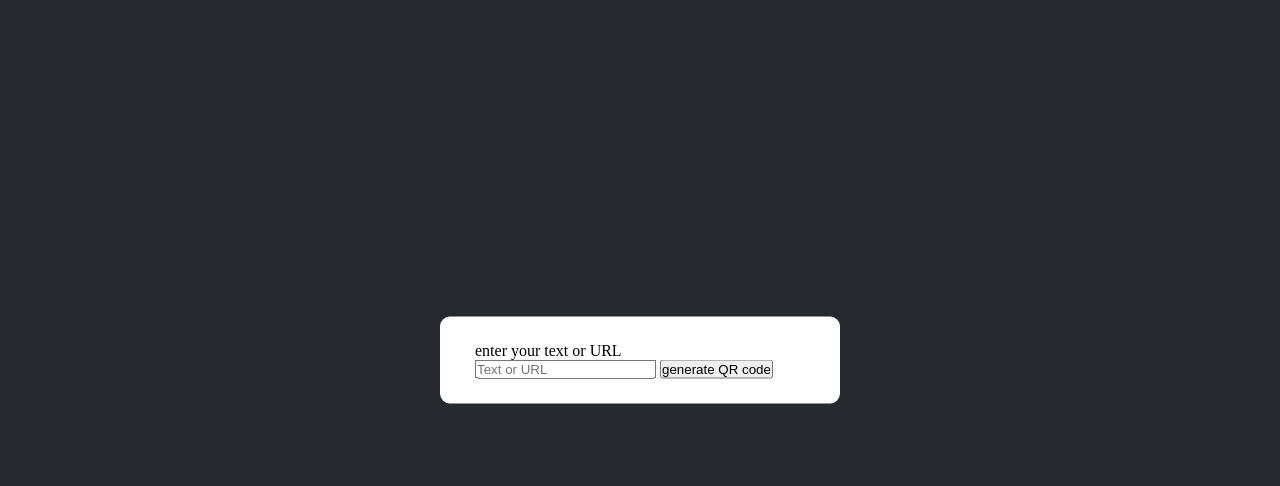
Repository: joeltorcato/QR.CODE
Page: index.html
The author's editor kept a copy of each file at every save. The page is drawn from the files as they stood at one save, then again after the next save.
The browser window is 1280 px wide. The pictures show the whole page.

Above is the page before, as saved 2024-01-01 09:30:44.

### index.html
<!DOCTYPE html>
<html lang="en">
<head>
    <meta charset="UTF-8">
    <meta name="viewport" content="width=device-width, initial-scale=1.0">
    <LINK rel="stylesheet" href="style.css">
    <title>QR CODE | JOEL TORCATO</title>
</head>
<body>
    <div class="container">
        <p>enter your text or URL</p>
        <input type="text" placeholder="Text or URL">
        <button>generate QR code</button>
    </div>
</body>
</html>

### style.css
*{
    margin: 0;
    padding: 0;
    font-family: 'Poppins' sans-serif;
    box-sizing: border-box;
}

/*body*/
body{
    background: #262a2f;
}

/*container*/
.container{
    width: 400px;
    padding: 25px 35px;
    position: absolute;
    top: 50%;
    left: 50%;
    transform: translate(-50%,-50%);
    background: #fff;
    border-radius: 10px;
}

After the next save:
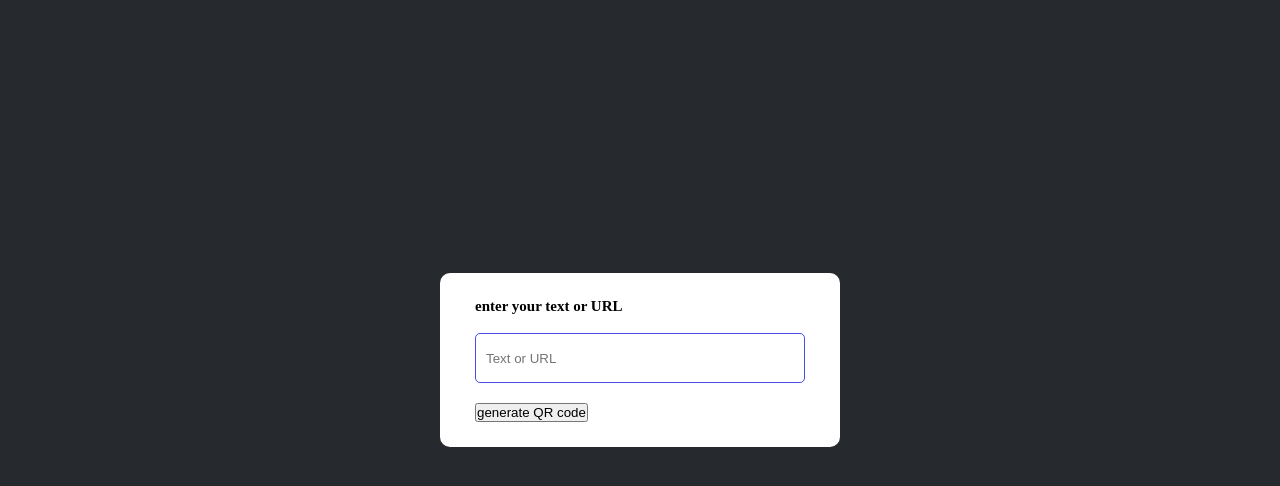
Saved 114 s later.
--- a/style.css
+++ b/style.css
@@ -21,3 +21,19 @@
     background: #fff;
     border-radius: 10px;
 }
+
+.container p{
+    font-weight: 600;
+    font-size: 15px;
+    margin-bottom: 8px;
+}
+
+.container input{
+    width: 100%;
+    height: 50px;
+    border: 1px solid #494eea;
+    outline: 0;
+    padding: 10px;
+    margin: 10px 0 20px;
+    border-radius: 5px;
+}
